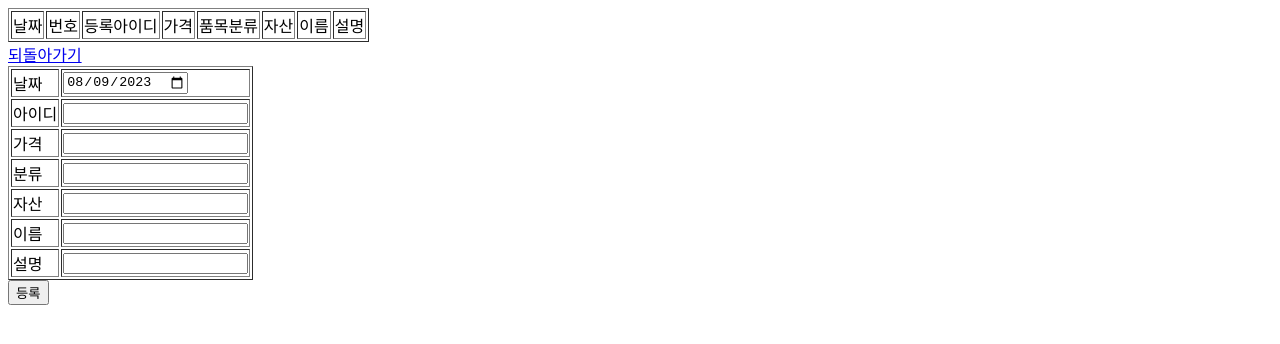
Repository: hdk8572/kh_MoneyManager
Page: http://localhost/Semi_backup/user/main
The author's editor kept a copy of each file at every save. The page is drawn from the files as they stood at one save, then again after the next save.
The browser window is 1280 px wide. The pictures show the whole page.
The page is served by Tomcat 9. Queries for data that is not in the repository find no rows.

Above is the page before, as saved 2023-08-10 08:05:57.

After the next save:
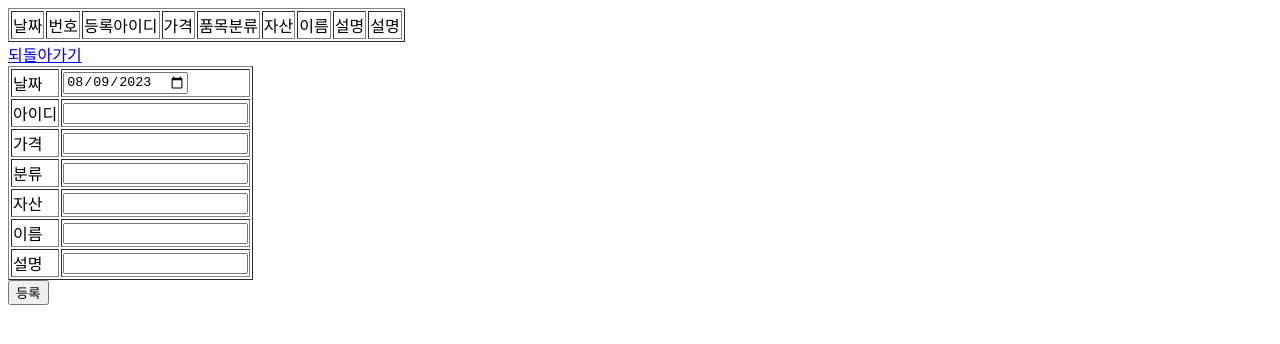
Saved 9 s later.
--- a/Semi_backup/src/main/webapp/WEB-INF/user/main.jsp
+++ b/Semi_backup/src/main/webapp/WEB-INF/user/main.jsp
@@ -20,6 +20,7 @@
 				<td>자산</td>
 				<td>이름</td>
 				<td>설명</td>
+				<td>설명</td>
 			</tr>
 			<c:forEach items="${ulist}" var="ul">
 			<tr>
@@ -30,6 +31,7 @@
 				<td>${ul.category}</td>
 				<td>${ul.cashCard}</td>
 				<td>${ul.mname}</td>
+				<td>${ul.description}</td>
 				<td>${ul.description}</td>
 			</tr>
 			</c:forEach>
